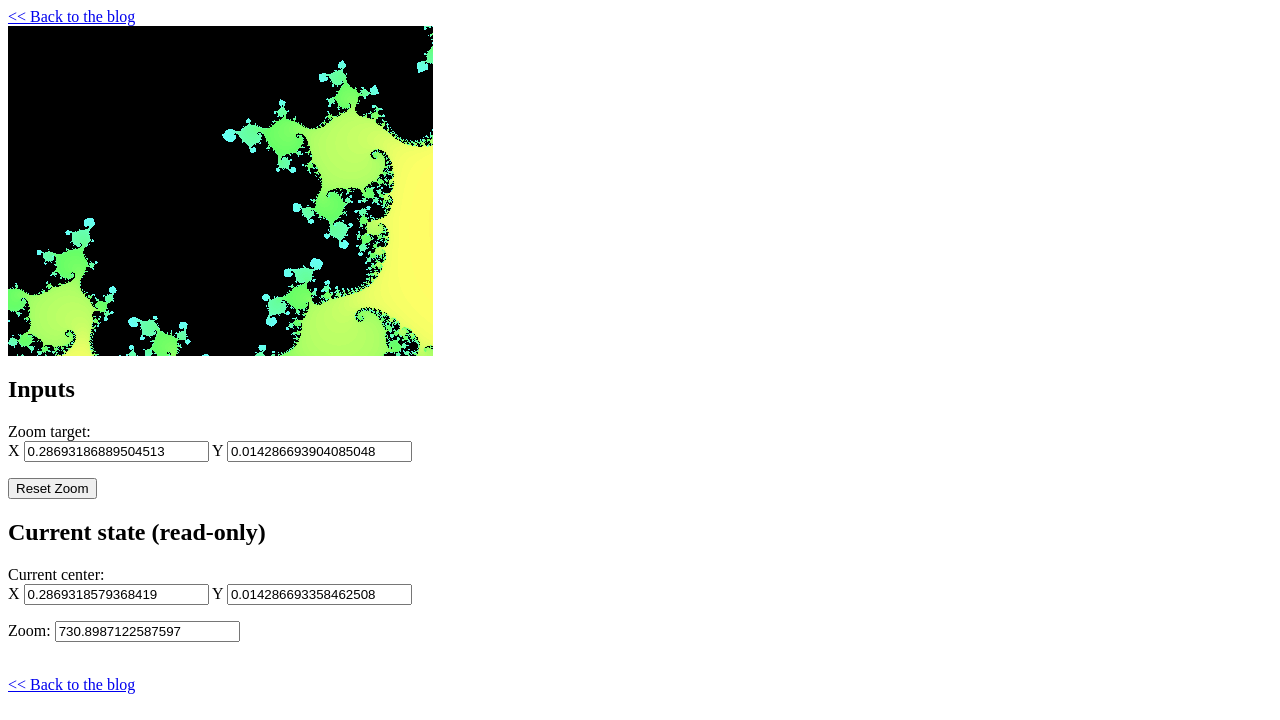
Repository: MathieuKavalec/Maze3D
Page: Doc/Java_prototypes/Game/Example1.html
An editor plug-in stored every save of this project. The page is shown before and after the next save, followed by the edit.
The browser window is 1280 px wide. The pictures show the whole page.

Above is the page before, as saved 2013-05-31 23:03:44.

### Doc/Java_prototypes/Game/Example1.html
<html>

<head>
<title>Learning WebGL &mdash; Mandelbrot shader example</title>
<meta http-equiv="content-type" content="text/html; charset=ISO-8859-1">

<script id="shader-fs" type="x-shader/x-fragment">
  precision mediump float;

  varying vec2 vPosition;

  void main(void) {
    float cx = vPosition.x;
    float cy = vPosition.y;

    float hue;
    float saturation;
    float value;
    float hueRound;
    int hueIndex;
    float f;
    float p;
    float q;
    float t;


    float x = 0.0;
    float y = 0.0;
    float tempX = 0.0;
    int i = 0;
    int runaway = 0;
    for (int i=0; i < 100; i++) {
      tempX = x * x - y * y + float(cx);
      y = 2.0 * x * y + float(cy);
      x = tempX;
      if (runaway == 0 && x * x + y * y > 100.0) {
        runaway = i;
      }
    }

    if (runaway != 0) {
      hue = float(runaway) / 200.0;
      saturation = 0.6;
      value = 1.0;

      hueRound = hue * 6.0;
      hueIndex = int(mod(float(int(hueRound)), 6.0));
      f = fract(hueRound);
      p = value * (1.0 - saturation);
      q = value * (1.0 - f * saturation);
      t = value * (1.0 - (1.0 - f) * saturation);

      if (hueIndex == 0)
        gl_FragColor = vec4(value, t, p, 1.0);
      else if (hueIndex == 1)
        gl_FragColor = vec4(q, value, p, 1.0);
      else if (hueIndex == 2)
        gl_FragColor = vec4(p, value, t, 1.0);
      else if (hueIndex == 3)
        gl_FragColor = vec4(p, q, value, 1.0);
      else if (hueIndex == 4)
        gl_FragColor = vec4(t, p, value, 1.0);
      else if (hueIndex == 5)
        gl_FragColor = vec4(value, p, q, 1.0);

    } else {
      gl_FragColor = vec4(0.0, 0.0, 0.0, 1.0);
    }
  }
</script>

<script id="shader-vs" type="x-shader/x-vertex">
  attribute vec2 aVertexPosition;
  attribute vec2 aPlotPosition;

  varying vec2 vPosition;

  void main(void) {
    gl_Position = vec4(aVertexPosition, 1.0, 1.0);
    vPosition = aPlotPosition;
  }
</script>


<script type="text/javascript">

  var gl;
  function initGL(canvas) {
    try {
      gl = canvas.getContext("experimental-webgl");
      gl.viewportWidth = canvas.width;
      gl.viewportHeight = canvas.height;
    } catch(e) {
    }
    if (!gl) {
      alert("Could not initialise WebGL, sorry :-(");
    }
  }


  function getShader(gl, id) {
    var shaderScript = document.getElementById(id);
    if (!shaderScript) {
      return null;
    }

    var str = "";
    var k = shaderScript.firstChild;
    while (k) {
      if (k.nodeType == 3) {
        str += k.textContent;
      }
      k = k.nextSibling;
    }

    var shader;
    if (shaderScript.type == "x-shader/x-fragment") {
      shader = gl.createShader(gl.FRAGMENT_SHADER);
    } else if (shaderScript.type == "x-shader/x-vertex") {
      shader = gl.createShader(gl.VERTEX_SHADER);
    } else {
      return null;
    }

    gl.shaderSource(shader, str);
    gl.compileShader(shader);

    if (!gl.getShaderParameter(shader, gl.COMPILE_STATUS)) {
      alert(gl.getShaderInfoLog(shader));
      return null;
    }

    return shader;
  }


  var shaderProgram;
  var aVertexPosition;
  function initShaders() {

    var fragmentShader = getShader(gl, "shader-fs");
    var vertexShader = getShader(gl, "shader-vs");

    shaderProgram = gl.createProgram();
    gl.attachShader(shaderProgram, vertexShader);
    gl.attachShader(shaderProgram, fragmentShader);
    gl.linkProgram(shaderProgram);

    if (!gl.getProgramParameter(shaderProgram, gl.LINK_STATUS)) {
      alert("Could not initialise shaders");
    }

    gl.useProgram(shaderProgram);

    aVertexPosition = gl.getAttribLocation(shaderProgram, "aVertexPosition");
    gl.enableVertexAttribArray(aVertexPosition);

    aPlotPosition = gl.getAttribLocation(shaderProgram, "aPlotPosition");
    gl.enableVertexAttribArray(aPlotPosition);
  }


  var centerOffsetX = 0;
  var centerOffsetY = 0;

  var zoom;
  var zoomCenterX;
  var zoomCenterY;

  var vertexPositionBuffer;
  function initBuffers() {
    vertexPositionBuffer = gl.createBuffer();
    gl.bindBuffer(gl.ARRAY_BUFFER, vertexPositionBuffer);
    var vertices = [
         1.0,  1.0,
        -1.0,  1.0,
         1.0, -1.0,
        -1.0, -1.0,
    ];
    gl.bufferData(gl.ARRAY_BUFFER, new Float32Array(vertices), gl.STATIC_DRAW);
    vertexPositionBuffer.itemSize = 2;
    vertexPositionBuffer.numItems = 4;
  }



  var baseCorners = [
      [ 0.7,  1.2],
      [-2.2,  1.2],
      [ 0.7, -1.2],
      [-2.2, -1.2],
  ];
  function drawScene() {
    gl.viewport(0, 0, gl.viewportWidth, gl.viewportHeight);
    gl.clear(gl.COLOR_BUFFER_BIT | gl.DEPTH_BUFFER_BIT);

    gl.bindBuffer(gl.ARRAY_BUFFER, vertexPositionBuffer);
    gl.vertexAttribPointer(aVertexPosition, vertexPositionBuffer.itemSize, gl.FLOAT, false, 0, 0);


    var plotPositionBuffer = gl.createBuffer();
    gl.bindBuffer(gl.ARRAY_BUFFER, plotPositionBuffer);
    var cornerIx;
    corners = [];
    for (cornerIx in baseCorners) {
      x = baseCorners[cornerIx][0];
      y = baseCorners[cornerIx][1];
      corners.push(x / zoom + centerOffsetX);
      corners.push(y / zoom + centerOffsetY);
    }

    gl.bufferData(gl.ARRAY_BUFFER, new Float32Array(corners), gl.STATIC_DRAW);
    gl.vertexAttribPointer(aPlotPosition, 2, gl.FLOAT, false, 0, 0);

    gl.drawArrays(gl.TRIANGLE_STRIP, 0, 4);

    gl.deleteBuffer(plotPositionBuffer)

    zoom *= 1.02;
    document.getElementById("zoomOutput").value = zoom;
    if (centerOffsetX != zoomCenterX) {
      centerOffsetX += (zoomCenterX - centerOffsetX) / 20;
    }
    document.getElementById("centerOffsetXOutput").value = centerOffsetX;

    if (centerOffsetY != zoomCenterY) {
      centerOffsetY += (zoomCenterY - centerOffsetY) / 20;
    }
    document.getElementById("centerOffsetYOutput").value = centerOffsetY;

  }


  function resetZoom() {
    zoom = 1.0;
    zoomCenterX = parseFloat(document.getElementById("zoomCenterXInput").value);
    zoomCenterY = parseFloat(document.getElementById("zoomCenterYInput").value);
  }


  function webGLStart() {
    resetZoom();

    var canvas = document.getElementById("example01-canvas");
    initGL(canvas);
    initShaders()
    initBuffers();

    gl.clearColor(0.0, 0.0, 0.0, 1.0);

    setInterval(drawScene, 15);
  }



</script>


</head>


<body onload="webGLStart();">
  <a href="http://learningwebgl.com/blog/?p=205">&lt;&lt; Back to the blog</a><br />

  <canvas id="example01-canvas" style="border: none;" width="425" height="330"></canvas>

  <h2>Inputs</h2>
  <form name="inputs">
  <p>
  Zoom target: <br />
  X <input type="text" id="zoomCenterXInput" value="0.28693186889504513" />
  Y <input type="text" id="zoomCenterYInput" value="0.014286693904085048" />

  <p>
  <input type="button" value="Reset Zoom" onClick="resetZoom()" />
  </form>

  <h2>Current state (read-only)</h2>
  <form name="outputs">
  <p>
  Current center: <br />
  X <input type="text" id="centerOffsetXOutput" /> Y <input type="text" id="centerOffsetYOutput" />

  <p>
  Zoom: <input type="text" id="zoomOutput" />
  </form>

  <br/>
  <a href="http://learningwebgl.com/blog/?p=205">&lt;&lt; Back to the blog</a><br />
</body>

</html>

After the next save:
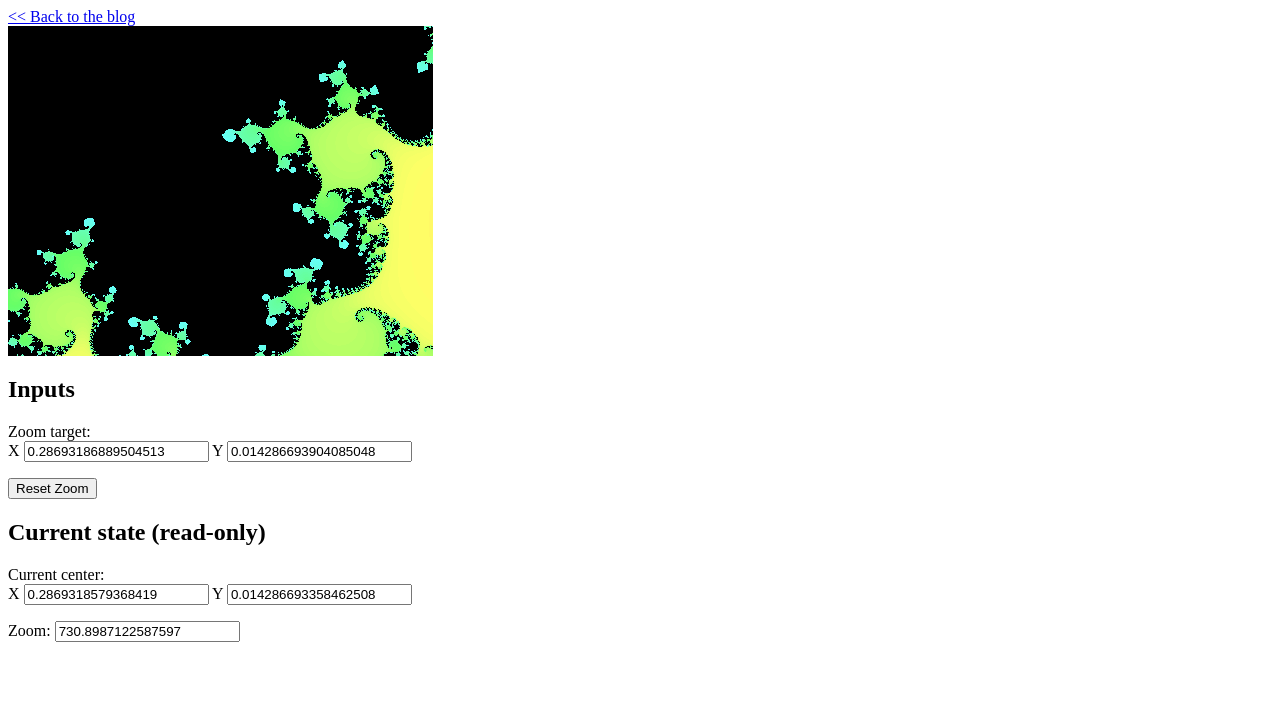
Saved 16 min 42 s later.
--- a/Doc/Java_prototypes/Game/Example1.html
+++ b/Doc/Java_prototypes/Game/Example1.html
@@ -93,7 +93,7 @@
     } catch(e) {
     }
     if (!gl) {
-      alert("Could not initialise WebGL, sorry :-(");
+      alert("This browser does not support WebGL");
     }
   }
 
@@ -201,6 +201,7 @@
     var plotPositionBuffer = gl.createBuffer();
     gl.bindBuffer(gl.ARRAY_BUFFER, plotPositionBuffer);
     var cornerIx;
+
     corners = [];
     for (cornerIx in baseCorners) {
       x = baseCorners[cornerIx][0];
@@ -285,8 +286,6 @@
   Zoom: <input type="text" id="zoomOutput" />
   </form>
 
-  <br/>
-  <a href="http://learningwebgl.com/blog/?p=205">&lt;&lt; Back to the blog</a><br />
 </body>
 
 </html>
